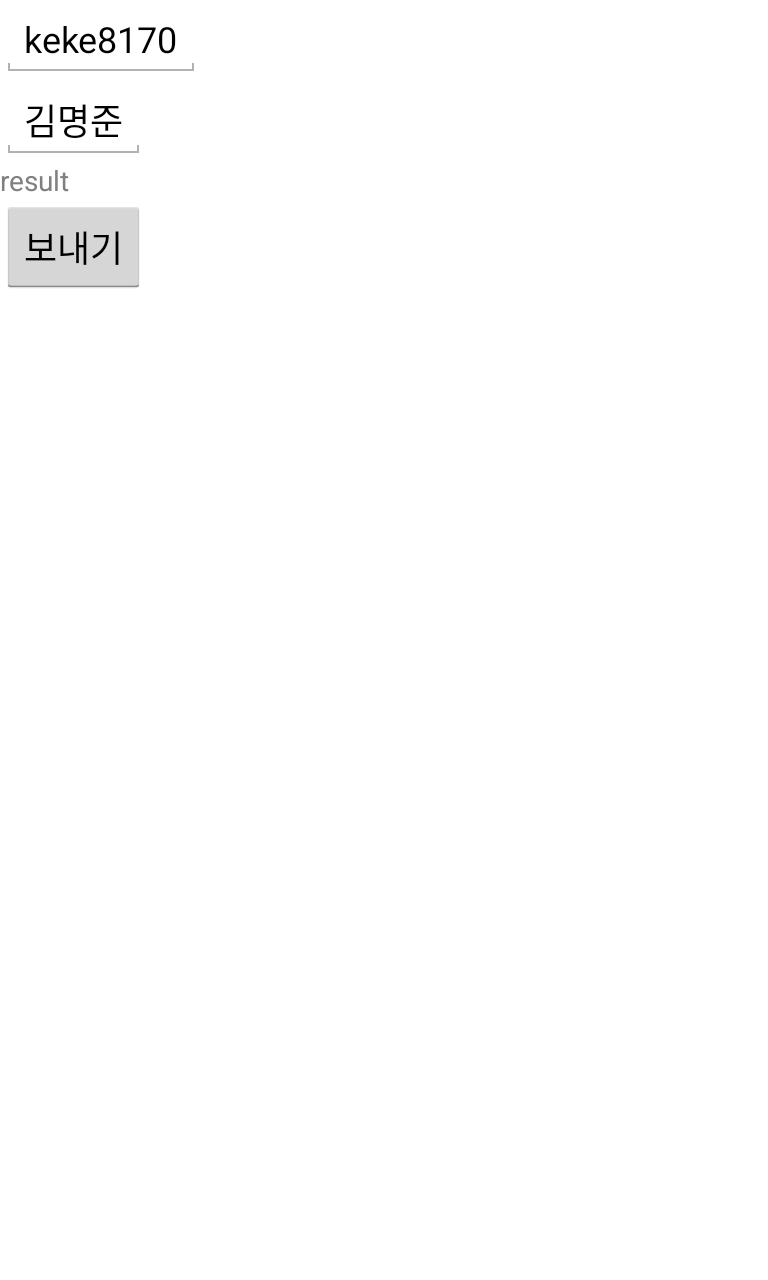
Repository: HSUmod/nanumi
Layout: Nanumi/Test/res/layout/activity_main.xml
The author's editor kept a copy of each file at every save. The layout is drawn from the files as they stood at one save, then again after a run of saves.
It is drawn on a 768 x 1280 px phone screen (xhdpi) without system bars, with theme AppTheme; the app's code is not run.

Above is the layout before, as saved 2015-11-11 08:04:00.

After the next 2 saves:
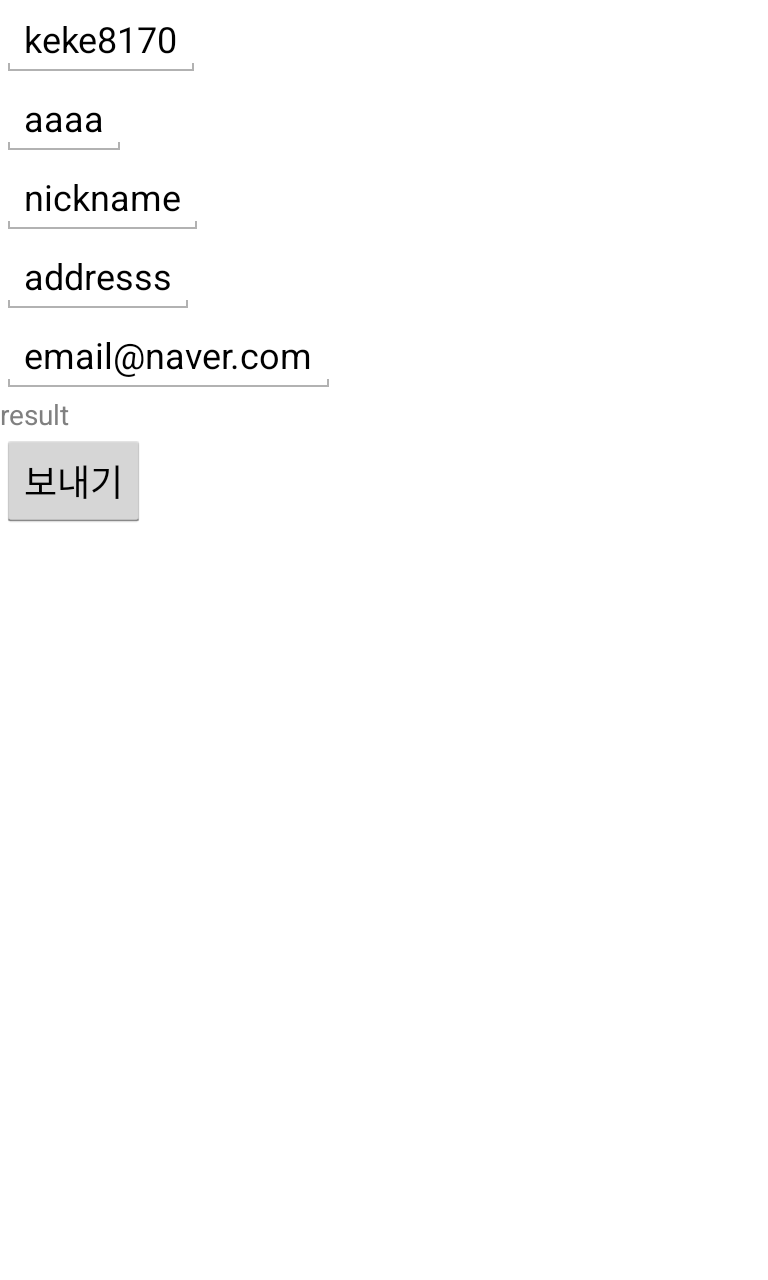
The 2 saves are shown as one change because they came seconds apart.
The last was saved 81 s later.
--- a/Nanumi/Test/res/layout/activity_main.xml
+++ b/Nanumi/Test/res/layout/activity_main.xml
@@ -6,16 +6,34 @@
     tools:context="com.example.nanumi.MainActivity" >
 
     <EditText
-        android:id="@+id/user_id"
+        android:id="@+id/userid"
         android:layout_width="wrap_content"
         android:layout_height="wrap_content"
         android:text="keke8170" />
 
     <EditText
-        android:id="@+id/user_name"
+        android:id="@+id/pwd"
         android:layout_width="wrap_content"
         android:layout_height="wrap_content"
-        android:text="김명준" />
+        android:text="aaaa" />
+
+    <EditText
+        android:id="@+id/nickname"
+        android:layout_width="wrap_content"
+        android:layout_height="wrap_content"
+        android:text="nickname" />
+
+    <EditText
+        android:id="@+id/address"
+        android:layout_width="wrap_content"
+        android:layout_height="wrap_content"
+        android:text="addresss" />
+
+    <EditText
+        android:id="@+id/email"
+        android:layout_width="wrap_content"
+        android:layout_height="wrap_content"
+        android:text="email@naver.com" />
 
     <TextView
         android:id="@+id/result"
